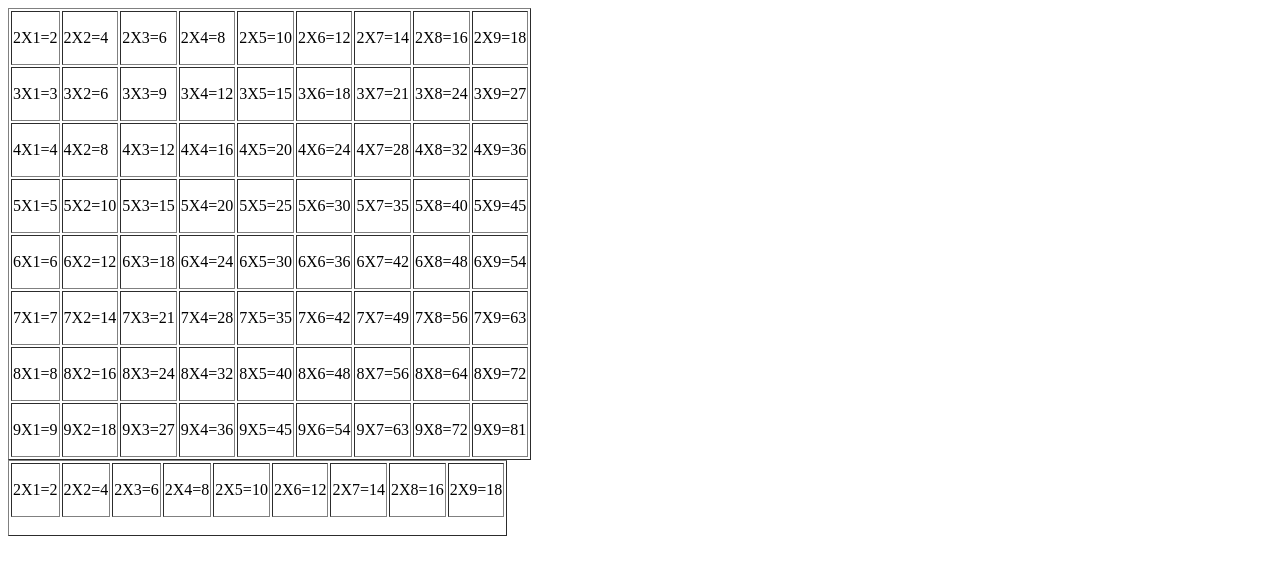
Repository: SanctusAlbino/Jsp_Servlet
Page: http://localhost/03.Tag/01.Script/Ex04For.jsp
The author's editor kept a copy of each file at every save. The page is drawn from the files as they stood at one save, then again after the next save.
The browser window is 1280 px wide. The pictures show the whole page.
The page is served by Tomcat 9.

Above is the page before, as saved 2023-05-19 02:33:44.

After the next save:
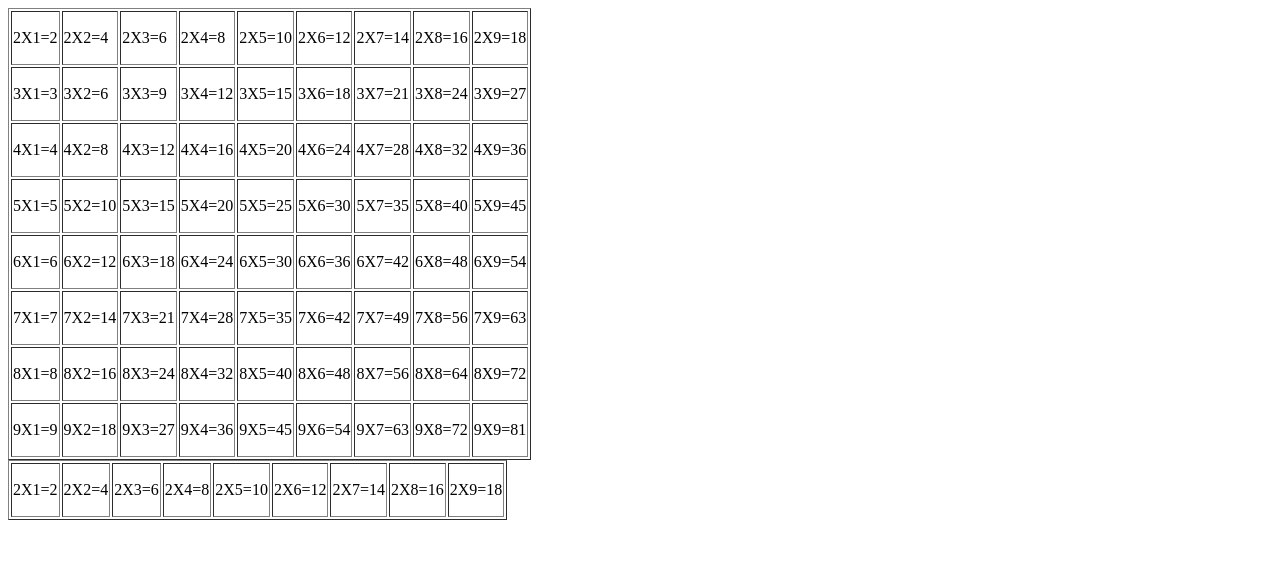
Saved 18 s later.
--- a/03.Tag/src/main/webapp/01.Script/Ex04For.jsp
+++ b/03.Tag/src/main/webapp/01.Script/Ex04For.jsp
@@ -24,9 +24,9 @@
 		<% }%>
 		</tr>
 	<%}%>
-	<%for(int i =2; i<10; i++){%>
+	<%for(int i =2; i==3; i++){%>
 		<tr>
-		<% for(int j=1; j==3; j++){%>
+		<% for(int j=1; j<10; j++){%>
 			<td><p><%=i%>X<%=j%>=<%=i*j%></p></td>
 		<% }%>
 		</tr>
